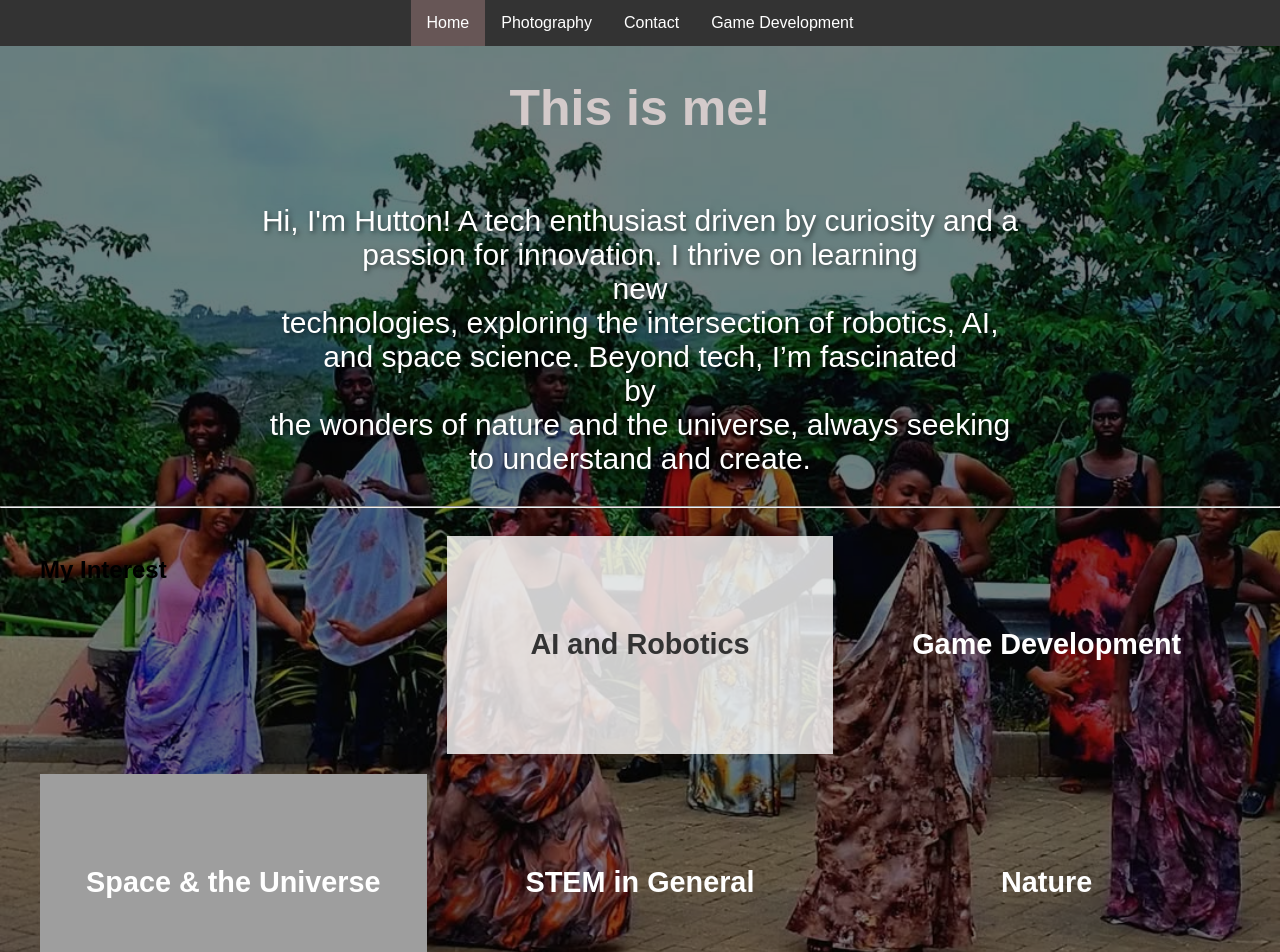
Repository: Argivist/ArgPortfolio
Page: index.html
The author's editor kept a copy of each file at every save. The page is drawn from the files as they stood at one save, then again after the next save.
The browser window is 1280 px wide. The pictures show the part of the page from y = 0 to 952 px (the page is 1248 px tall).
The pointer rests on the first visible `.interest`.
Pictures or frames that could not be fetched are drawn as grey boxes.

Above is the page before, as saved 2025-03-28 20:11:07.

After the next save:
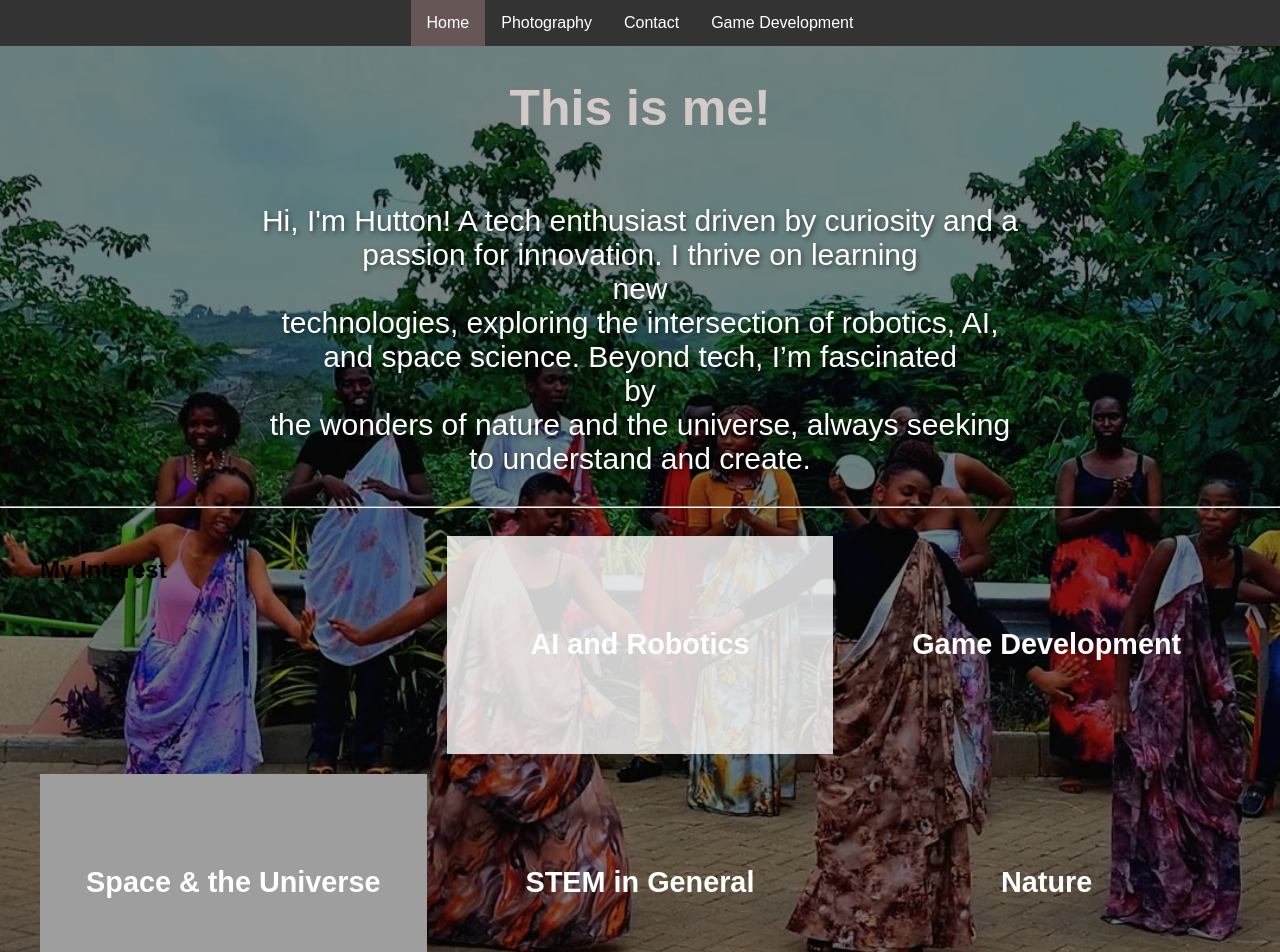
Saved 33 s later.
--- a/css/home.css
+++ b/css/home.css
@@ -126,7 +126,7 @@ body {
     background-color: var(--interest-hover-bg);
     color: var(--interest-text-color);
 }
-.interest:hover {
+.interest:hover h3 {
     color: white;
     transition: color 0.5s ease;
 }
